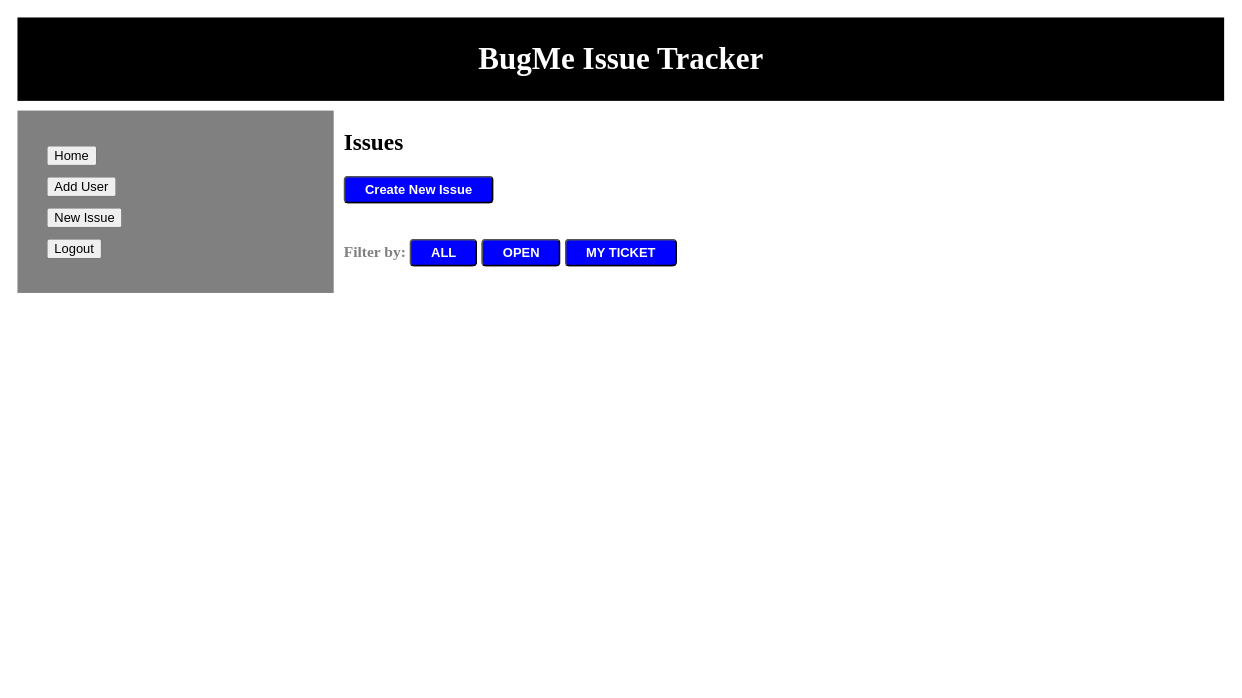
Repository: ranaldo89/info-2180-final-project
Page: index.html
The author's editor kept a record of every edit. The page is drawn from the files as they stood at one moment, then again after the next edit.
The browser window is 1280 px wide. The pictures show the whole page, at 97% of full size.

Above is the page before.

### index.html
<!DOCTYPE HTML>
<html>

    <head>

        <title>BugMe Issue Tracker</title>

         <link rel="stylesheet" type="text/css" href="style.css" />

    </head>

    <body>

    <div id="myModal" class="modal">

  <div class="modal-content">
  Username:<br>
  <input id="usernameField" type="text" name="username" required>
  <br>
  Password:<br>
  <input id= "passwordField" type="password" name="password" required>
  <br><br>
  <input id="loginButton" type="submit" value="Submit" >
  </div>

</div>

       <div class="grid-container">

           <div class="header">
               <h1>BugMe Issue Tracker</h1>
           </div>

           <div class="menu">
                <button id="home" type="button">Home</button>
                <br>
                <button id="addUser"  type="button">Add User</button>
                <br>
                <button id="addIssue"  type="button">New Issue</button>
                <br>
                <button id="logout"  type="button">Logout</button>
           </div>

           <div id="body" class="body">

               <div id="homeDiv" >
                   <h2>Issues</h2>
                   <input id="createIssueBtn" type="submit" value="Create New Issue">
                   <br>
                   <br>
                   <br>
                   <strong> Filter by:</strong> <input id="allBtn" type="submit" value="ALL">
                   <input id="openBtn" type="submit" value="OPEN">
                   <input id="myTicketBtn" type="submit" value="MY TICKET">
                   <br>
                   <br>
                   <div id="issueTable"></div>

               </div>

               <div id="addUserDiv">
                     <h1>New User</h1>
                     First name:<br>
                     <input id="addUserFirstName" type="text" name="firstname" >
                     <br>
                     <br>
                     Last name:<br>
                     <input id="addUserLastName" type="text" name="lastname" >
                     <br>
                     <br>
                     Password:<br>
                     <input id="addUserPassword" type="password" name="password" >
                     <br>
                     <br>
                     Email:<br>
                     <input id="addUserEmail" type="text" name="email" >
                     <br>
                     <br>
                     <br>
                     <input id="addUserSubmit" type="submit" value="Submit">

               </div>

               <div id="addIssueDiv">
                     <h1>New Issue</h1>
                     Title:<br>
                     <input id="addIssueTitle" type="text" name="title">
                     <br>
                     <br>
                     Description:<br>
                     <input id="addIssueDescription" type="text" name="description">
                     <br>
                     <br>
                     Assigned to:<br>
                     <input id="addIssueAssignedTo" type="text" name="assignedto">
                     <br>
                     <br>
                     Type:<br>
                     <input id="addIssueType" type="text" name="type">
                     <br>
                     <br>
                     Priority:<br>
                     <input id="addIssuePriority" type="text" name="priority">
                     <br>
                     <br>
                     <br>
                     <input id="addIssueSubmit" type="submit" value="Submit">
               </div>

           </div>

       </div>

    </body>

      <script src="app.js"></script>

</html>

### style.css
.header {
	grid-area: header;
	display: flex;
	flex-direction: column;
	line-height: 0.1;
	color: white;
	text-align: center;
	background-color: black;
	padding: 20px;
}

.menu {
	grid-area: menu;
	background-color: gray;
	line-height: 2;
	padding: 30px;
}

.body {
	grid-area: main;

}

.grid-container {
	display: grid;
	grid-template-areas: 'header header header header ' 'menu main main main ';
	grid-gap: 10px;
	padding: 10px;
}

.modal {
  display: none; /* Hidden by default */
  position: fixed; /* Stay in place */
  z-index: 1; /* Sit on top */
  padding-top: 100px; /* Location of the box */
  left: 0;
  top: 0;
  width: 100%; /* Full width */
  height: 100%; /* Full height */
  overflow: auto; /* Enable scroll if needed */
  background-color: rgb(0,0,0); /* Fallback color */
  background-color: rgba(0,0,0,0.4); /* Black w/ opacity */
}

.modal-content {
  background-color: #fefefe;
  margin: auto;
  padding: 20px;
  border: 1px solid #888;
  width: 80%;
}

table {
  font-family: "Trebuchet MS", Arial, Helvetica, sans-serif;
  border-collapse: collapse;
  width: 100%;
}

td, th {
  border: 1px solid #ddd;
  padding: 8px;
}

th {
  padding-top: 12px;
  padding-bottom: 12px;
  text-align: left;
  background-color: white;
  color: black;
}

input[type="submit"]{
  font-weight: bold;
  border-radius: 5px;
  background: blue;
  padding: 5px 20px;
  color: white;
}

button[type="button"]{

}

input[type="text"],input[type="password"]{
  border-radius: 2px;
}

strong{
  color:gray;
}

### app.js
window.onload = function() {
    var bodyDiv = document.getElementById("body");
    var homeBtn = document.getElementById("home");
    var addUser = document.getElementById("addUser");
    var addIssue = document.getElementById("addIssue");
    var logout = document.getElementById("logout");
    var loginButton = document.getElementById("loginButton");
    var passwordField = document.getElementById("passwordField");
    var usernameField = document.getElementById("usernameField");
    var modal = document.getElementById("myModal");
    var httpRequest = new XMLHttpRequest();
    var url = "/index.php";
    var homeDiv = document.getElementById("homeDiv");
    var addUserDiv = document.getElementById("addUserDiv");
    var addIssueDiv = document.getElementById("addIssueDiv");
    var addUserFirstName=document.getElementById("addUserFirstName");
    var addUserLastName=document.getElementById("addUserLastName");
    var addUserEmail=document.getElementById("addUserEmail");
    var addUserPassword=document.getElementById("addUserPassword");
    var addUserSubmit=document.getElementById("addUserSubmit");
    var addIssueTitle=document.getElementById("addIssueTitle");
    var addIssueDescription=document.getElementById("addIssueDescription");
    var addIssueAssignedTo=document.getElementById("addIssueAssignedTo");
    var addIssueType=document.getElementById("addIssueType");
    var addIssuePriority=document.getElementById("addIssuePriority");
    var addIssueSubmit=document.getElementById("addIssueSubmit");
    var createIssueBtn=document.getElementById("createIssueBtn");
    var allBtn=document.getElementById("allBtn");
    var openBtn=document.getElementById("openBtn");
    var issueTable=document.getElementById("issueTable");
    var myTicketBtn=document.getElementById("myTicketBtn");
    //modal.style.display = "block";
    homeDiv.style.display="block";
    addUserDiv.style.display = "none";
    addIssueDiv.style.display = "none";


    addUserSubmit.addEventListener("click",function() {
            if (httpRequest.readyState === 4 && httpRequest.status === 200) {
                var response = httpRequest.responseText;

            }
        httpRequest.open('GET', url + "?Firstname=" + addUserFirstName.value +
        "&Lastname=" + addUserLastName.value +
        "&Email=" + addUserEmail.value+
        "&Password=" + addUserPassword.value, true);
        httpRequest.send();
        addUserFirstName.value="";
        addUserLastName.value="";
        addUserEmail.value="";
        addUserPassword.value="";
    });

    addIssueSubmit.addEventListener("click",function() {
            if (httpRequest.readyState === 4 && httpRequest.status === 200) {
                var response = httpRequest.responseText;
            }
        httpRequest.open('GET', url + "?title=" + addIssueTitle.value +
        "&description=" + addIssueDescription.value +
        "&assignedto=" + addIssueAssignedTo.value+
        "&type=" + addIssueType.value+
        "&priority=" + addIssuePriority.value, true);
        httpRequest.send();
        addIssueTitle.value="";
        addIssueDescription.value="";
        addIssueAssignedTo.value="";
        addIssueType.value="";
        addIssuePriority.value="";
    });

    loginButton.addEventListener("click", function() {
        httpRequest.onreadystatechange = function() {
            if (httpRequest.readyState === 4 && httpRequest.status === 200) {
                var response = httpRequest.responseText;
                if (response == "true") {
                    modal.style.display = "none";
                }
            }
        };

        httpRequest.open('GET', url + "?email=" + usernameField.value + "&password=" + passwordField.value, true);
        httpRequest.send();

    });

    addUser.addEventListener("click", function() {
                homeDiv.style.display="none";
                addUserDiv.style.display = "block";
                addIssueDiv.style.display = "none";

    });

    homeBtn.addEventListener("click", function() {

                homeDiv.style.display="block";
                addUserDiv.style.display = "none";
                addIssueDiv.style.display = "none";

    });

    createIssueBtn.addEventListener("click", function() {

                homeDiv.style.display="none";
                addUserDiv.style.display = "none";
                addIssueDiv.style.display = "block";

    });

    addIssue.addEventListener("click", function() {

                homeDiv.style.display="none";
                addUserDiv.style.display = "none";
                addIssueDiv.style.display = "block";

    });

    allBtn.addEventListener("click",function() {
        httpRequest.onreadystatechange = function() {
            if (httpRequest.readyState === 4 && httpRequest.status === 200) {
                var response = httpRequest.responseText;
                        issueTable.innerHTML=response;
            }
        };
        httpRequest.open('GET', url + "?display_issues", true);
        console.log(httpRequest);
        httpRequest.send();


    });

    openBtn.addEventListener("click",function() {
        httpRequest.onreadystatechange = function() {
            if (httpRequest.readyState === 4 && httpRequest.status === 200) {
                var response = httpRequest.responseText;
                        issueTable.innerHTML=response;
            }
        };
        httpRequest.open('GET', url + "?display_issues_open", true);
        console.log(httpRequest);
        httpRequest.send();


    });

    myTicketBtn.addEventListener("click",function() {
        httpRequest.onreadystatechange = function() {
            if (httpRequest.readyState === 4 && httpRequest.status === 200) {
                var response = httpRequest.responseText;
                        issueTable.innerHTML=response;
            }
        };
        httpRequest.open('GET', url + "?display_issues_tickets", true);
        console.log(httpRequest);
        httpRequest.send();


    });

    logout.addEventListener("click", function() {
        httpRequest.onreadystatechange = function() {
            if (httpRequest.readyState === 4 && httpRequest.status === 200) {
                var response = httpRequest.responseText;
            }
        };
        httpRequest.open('GET', url + "?logout", true);
        console.log(httpRequest);
        httpRequest.send();
        modal.style.display = "block";
    });

}

After the next edit:
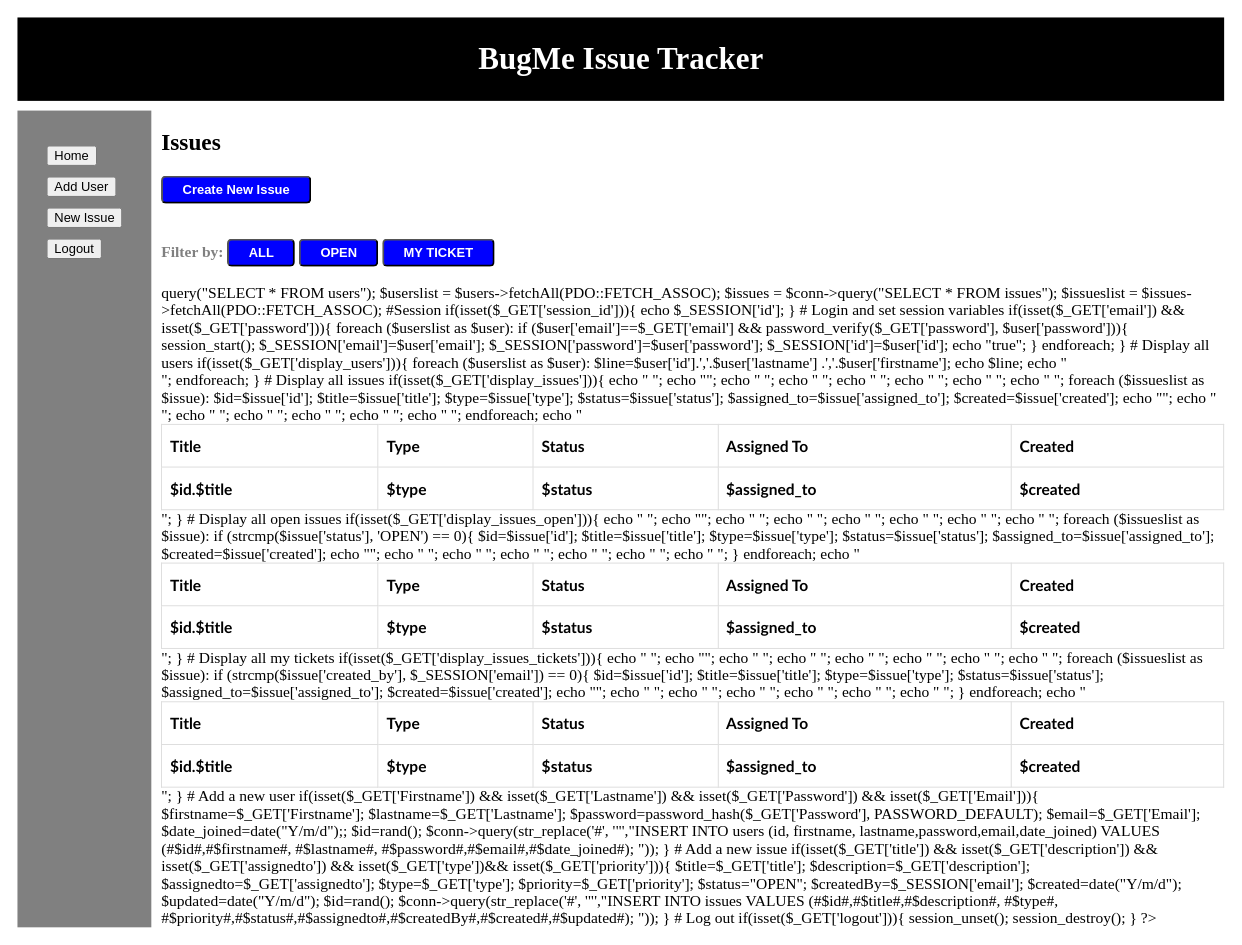
The edit:
--- a/app.js
+++ b/app.js
@@ -34,6 +34,15 @@
     addUserDiv.style.display = "none";
     addIssueDiv.style.display = "none";
 
+        httpRequest.onreadystatechange = function() {
+            if (httpRequest.readyState === 4 && httpRequest.status === 200) {
+                var response = httpRequest.responseText;
+                        issueTable.innerHTML=response;
+            }
+        };
+        httpRequest.open('GET', url + "?display_issues", true);
+        console.log(httpRequest);
+        httpRequest.send();
 
     addUserSubmit.addEventListener("click",function() {
             if (httpRequest.readyState === 4 && httpRequest.status === 200) {
